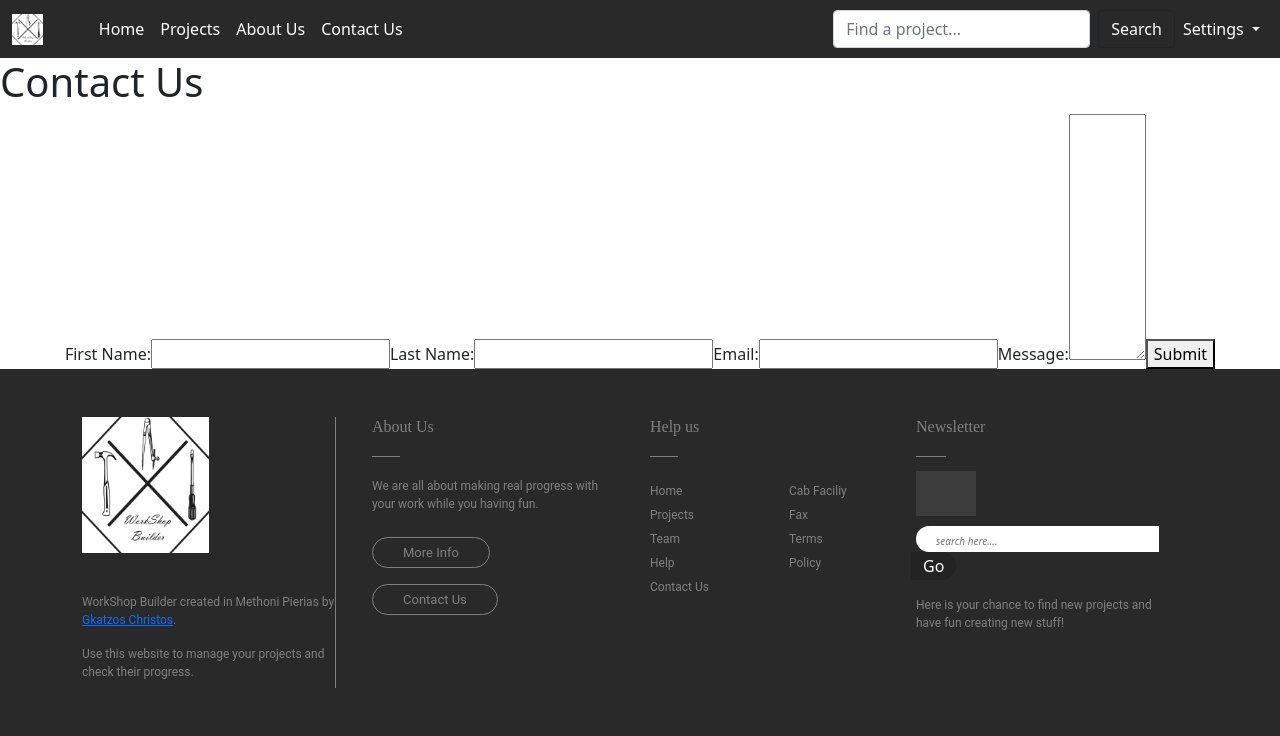
Repository: GkatzosChristos/workshop-builder-ui
Page: /contactUs (app in workshop-builder-ui/)
An editor plug-in stored every save of this project. The page is shown before and after the next save, followed by the edit.
The browser window is 1280 px wide. The pictures show the whole page.
The project was rebuilt for these pictures with package versions that can differ from the ones it lists, and the page was loaded fresh each time. Also part of the build but not shown: workshop-builder-ui/angular.json, workshop-builder-ui/src/app/about-us/about-us.component.ts, workshop-builder-ui/src/app/home/home.component.ts, workshop-builder-ui/src/app/project/project.component.ts.

Above is the page before, as saved 2021-08-27 18:21:24.

### workshop-builder-ui/src/index.html
<!doctype html>
<html lang="en">
<head>
  <meta charset="utf-8">
  <title>WorkshopBuilderUI</title>
  <base href="/">
  <meta name="viewport" content="width=device-width, initial-scale=1">
  <link rel="icon" type="image/x-icon" href="favicon.ico">
</head>

<body>
  <app-root></app-root>
</body>

</html>

### workshop-builder-ui/src/app/app.module.ts
import { NgModule } from '@angular/core';
import { BrowserModule } from '@angular/platform-browser';
import { FormsModule, ReactiveFormsModule } from '@angular/forms';
import { AppRoutingModule } from './app-routing.module';
import { AppComponent } from './app.component';
import { HeaderComponent } from './header/header.component';
import { FooterComponent } from './footer/footer.component';
import { ContactUsComponent } from './contact-us/contact-us.component';
import { AboutUsComponent } from './about-us/about-us.component';
import { ProjectsComponent } from './project/project.component';
import { HomeComponent } from './home/home.component';

@NgModule({
  declarations: [
    AppComponent,
    HeaderComponent,
    FooterComponent,
    ContactUsComponent,
    AboutUsComponent,
    ProjectsComponent,
    HomeComponent
  ],
  imports: [
    BrowserModule,
    AppRoutingModule,
    FormsModule,
    ReactiveFormsModule
  ],
  providers: [],
  bootstrap: [AppComponent]
})
export class AppModule { }

### workshop-builder-ui/src/app/app-routing.module.ts
import { NgModule } from '@angular/core';
import { RouterModule, Routes } from '@angular/router';
import { AboutUsComponent } from './about-us/about-us.component';
import { ContactUsComponent } from './contact-us/contact-us.component';
import { HomeComponent } from './home/home.component';
import { ProjectsComponent } from './project/project.component';

const routes: Routes = [
  {
    path: '',
    component: HomeComponent
  },
  {
    path: 'contactUs',
    component: ContactUsComponent
  },
  {
    path: 'aboutUs',
    component: AboutUsComponent
  },
  {
    path: 'project',
    component: ProjectsComponent
  },
];

@NgModule({
  imports: [RouterModule.forRoot(routes)],
  exports: [RouterModule]
})
export class AppRoutingModule { }

### workshop-builder-ui/src/app/app.component.ts
import { Component } from '@angular/core';

@Component({
  selector: 'app-root',
  templateUrl: './app.component.html',
  styleUrls: ['./app.component.scss']
})
export class AppComponent {
  title = 'workshop-builder-ui';
}

### workshop-builder-ui/src/app/contact-us/contact-us.component.ts
import { Component, OnInit } from '@angular/core';
import { FormGroup, FormControl, Validator, Validators } from '@angular/forms';

@Component({
  selector: 'app-contact-us',
  templateUrl: 'contact-us.html',
  styleUrls: ['./contact-us.scss']
})
export class ContactUsComponent implements OnInit {

  contactUsForm = new FormGroup({
    firstName: new FormControl('',[
      Validators.required,
      Validators.pattern("^[a-z0-9._%+-]")
    ]),
    lastName: new FormControl('',[
      Validators.required,
      Validators.pattern("^[a-z0-9._%+-]")
    ]),
    email: new FormControl('',[
      Validators.required,
      Validators.pattern("^[a-z0-9._%+-]+@[a-z0-9.-]+\\.[a-z]{2,4}$")
    ]),
    message: new FormControl('')
    });

  constructor() { }

  ngOnInit(): void {
  }

  submitForm(){
  }

  onReset(){
    location.reload();
  }

}

### workshop-builder-ui/src/app/header/header.component.html
<head>
    <title>header</title>
    <meta charset="utf-8">
</head>
<header>
    <nav class="navbar navbar-expand-lg">
        <div class="container-fluid">
            <a class="navbar-brand" routerLink="/">
                <img src="/assets/images/workshop_logo.jpg" alt="WorkShop Builder">
            </a>
            <div id="navbarNavDropdown" class="collapse navbar-collapse">
                <ul class="navbar-nav me-auto my-2 my-lg-0 navbar-nav-scroll" style="--bs-scroll-height: 100px;">
                    <li class="nav-item">
                        <a class="nav-link text-white" routerLink="/">Home</a>
                    </li>
                    <li class="nav-item">
                        <a class="nav-link text-white" routerLink="/project">Projects</a>
                    </li>
                    <li class="nav-item">
                        <a class="nav-link text-white" routerLink="/aboutUs">About Us</a>
                    </li>
                    <li class="nav-item">
                        <a class="nav-link text-white" routerLink="/contactUs">Contact Us</a>
                    </li>
                </ul>
                <form class="d-flex">
                    <input class="form-control me-2" type="text" placeholder="Find a project...">
                    <a class="btn btn-outline-dark text-white">Search</a>
                </form>
                <ul class="navbar-nav" style="--bs-scroll-height: 100px;">
                    <li class="nav-item dropdown">
                        <a class="nav-link dropdown-toggle text-white" href="#" id="navbarScrollingDropdown"
                            role="button" data-bs-toggle="dropdown" aria-expanded="false">
                            Settings
                        </a>
                        <ul class="dropdown-menu" aria-labelledby="navbarScrollingDropdown">
                            <li><a class="dropdown-item text-white" href="#">Sign in</a></li>
                            <li><a class="dropdown-item text-white" href="#">Sign up</a></li>
                            <li>
                                <hr class="dropdown-divider">
                            </li>
                            <li><a class="dropdown-item text-white" href="#">Report an issue</a></li>
                        </ul>
                    </li>
                </ul>
            </div>
        </div>
    </nav>
</header>

### workshop-builder-ui/src/app/header/header.component.scss
.navbar-brand {
    height: 5%;
    width: 5%;
}

img {
    height: 50%;
    width: 50%;
}

nav {
    background: #292929;
}

### workshop-builder-ui/src/app/footer/footer.component.html
<head>
    <title>Footer</title>
    <meta charset="utf-8">
</head>
<footer class="container-fluid bg-grey py-5">
    <div class="container">
        <div class="row me-3">
            <div class="col-md-6">
                <div class="row">
                    <div class="col-md-6 ">
                        <div class="logo-part">
                            <img src="/assets/images/workshop_logo.jpg" class="logo-footer">
                            <p>WorkShop Builder created in Methoni Pierias by <a
                                    href="https://www.linkedin.com/in/christos-gkatzos/">Gkatzos Christos</a>.</p>
                            <p>Use this website to manage your projects and check their progress.</p>
                        </div>
                    </div>
                    <div class="col-md-6 px-4">
                        <h6> About Us</h6>
                        <p>We are all about making real progress with your work while you having fun.</p>
                        <a routerLink="#" class="btn-footer"> More Info </a><br>
                        <a routerLink="#" class="btn-footer"> Contact Us</a>
                    </div>
                </div>
            </div>
            <div class="col-md-6">
                <div class="row">
                    <div class="col-md-6 px-4">
                        <h6> Help us</h6>
                        <div class="row ">
                            <div class="col-md-6">
                                <ul>
                                    <li> <a routerLink="/"> Home</a> </li>
                                    <li> <a routerLink="/project"> Projects</a> </li>
                                    <li> <a routerLink="#"> Team</a> </li>
                                    <li> <a routerLink="#"> Help</a> </li>
                                    <li> <a routerLink="/ContactUs"> Contact Us</a> </li>
                                </ul>
                            </div>
                            <div class="col-md-6 px-4">
                                <ul>
                                    <li> <a href="#"> Cab Faciliy</a> </li>
                                    <li> <a href="#"> Fax</a> </li>
                                    <li> <a href="#"> Terms</a> </li>
                                    <li> <a href="#"> Policy</a> </li>
                                </ul>
                            </div>
                        </div>
                    </div>
                    <div class="col-md-6 ">
                        <h6> Newsletter</h6>
                        <div class="social">
                            <a href="#"><i class="fa fa-facebook mr-1" aria-hidden="true"></i></a>
                            <a href="#"><i class="fa fa-instagram" aria-hidden="true"></i></a>
                        </div>
                        <form class="form-footer my-3">
                            <input type="text" placeholder="search here...." name="search">
                            <input type="button" value="Go">
                        </form>
                        <p>Here is your chance to find new projects and have fun creating new stuff!</p>
                    </div>
                </div>
            </div>
        </div>
    </div>
</footer>

### workshop-builder-ui/src/app/footer/footer.component.scss
body {
    font-family: 'Signika', sans-serif;
 }
 .bg-grey {
    background: #292929;
 }
 .logo-footer {
    height: 50%;
    width: 50%;
    margin-bottom: 40px;
 }
 footer {
    color: grey;
 }
 footer p, a {
    font-size: 12px;
    font-family: 'Roboto', sans-serif;
}
footer h6 {
    font-family: 'Playfair Display', serif;
    margin-bottom: 40px;
    position: relative;
}
footer h6:after {
    position: absolute;
    content: "";
    background: grey;
    width: 12%;
    height: 1px;
    left: 0;
    bottom: -20px;
}
.btn-footer {
    color: grey;
    text-decoration: none;
    border: 1px solid;
    border-radius: 43px;
    font-size: 13px;
    padding: 7px 30px;
    line-height: 47px;
 }

 .btn-footer:hover {
    text-decoration: none;
 }

.form-footer input[type="text"] {
    border: none;
    border-radius: 16px 0 0 16px;
    outline: none;
    padding-left: 10px;
}

::placeholder {
    font-size: 10px;
    padding-left: 10px;
    font-style: italic;
}

.form-footer input[type="button"] {
    border: none;
    background:#232323;
    margin-left: -5px;
    color: #fff;
    outline: none;
    border-radius: 0 16px 16px 0;
    padding: 2px 12px;
}

.social .fa {
    color: grey;
    font-size: 22px;
    padding: 10px 15px;
    background: #3c3c3c;
}

footer ul li {
    list-style: none;
    display: block;
}

footer ul  {
    padding-left: 0;
}
footer ul  li a{
    text-decoration: none;
    color: grey;
    text-decoration:none;
}

a:hover {
    text-decoration: none;
    color: #f5f5f5 !important;
}

.logo-part {
    border-right: 1px solid grey;
    height: 100%;
}

img {
    height: 20%;
    width: 20%;
}

### workshop-builder-ui/src/app/contact-us/contact-us.html
<h1 class="title has-text-centered">Contact Us</h1>
<body>
  <section>
    <form [formGroup]="contactUsForm" (ngSubmit)="submitForm()">
      <label for="first-name">First Name: </label>
      <input id="first-name" type="text" formControlName="firstName">
      <label for="last-name">Last Name: </label>
      <input id="last-name" type="text" formControlName="lastName">
      <label for="email">Email: </label>
      <input id="email" type="email" formControlName="email">
      <label for="message">Message: </label>
      <textarea  id="message" rows="10" cols="6" formControlName="message"></textarea>
      <button type="btn btn-outline-dark text-white">Submit</button>
    </form>
  </section>
</body>

### workshop-builder-ui/src/app/contact-us/contact-us.scss
body {
    text-align: center;
}
form {
    display: inline-block;
}

Loaded but not shown: workshop-builder-ui/src/styles.scss (common file); workshop-builder-ui/src/main.ts (common file); workshop-builder-ui/src/environments/environment.ts (common file); workshop-builder-ui/src/app/header/header.component.ts (common file); workshop-builder-ui/src/app/footer/footer.component.ts (common file); workshop-builder-ui/src/app/app.component.html (common file); workshop-builder-ui/src/app/app.component.scss (no stored copy; drawn as an empty file); workshop-builder-ui/src/app/project/project.scss (no stored copy; drawn as an empty file)

After the next save:
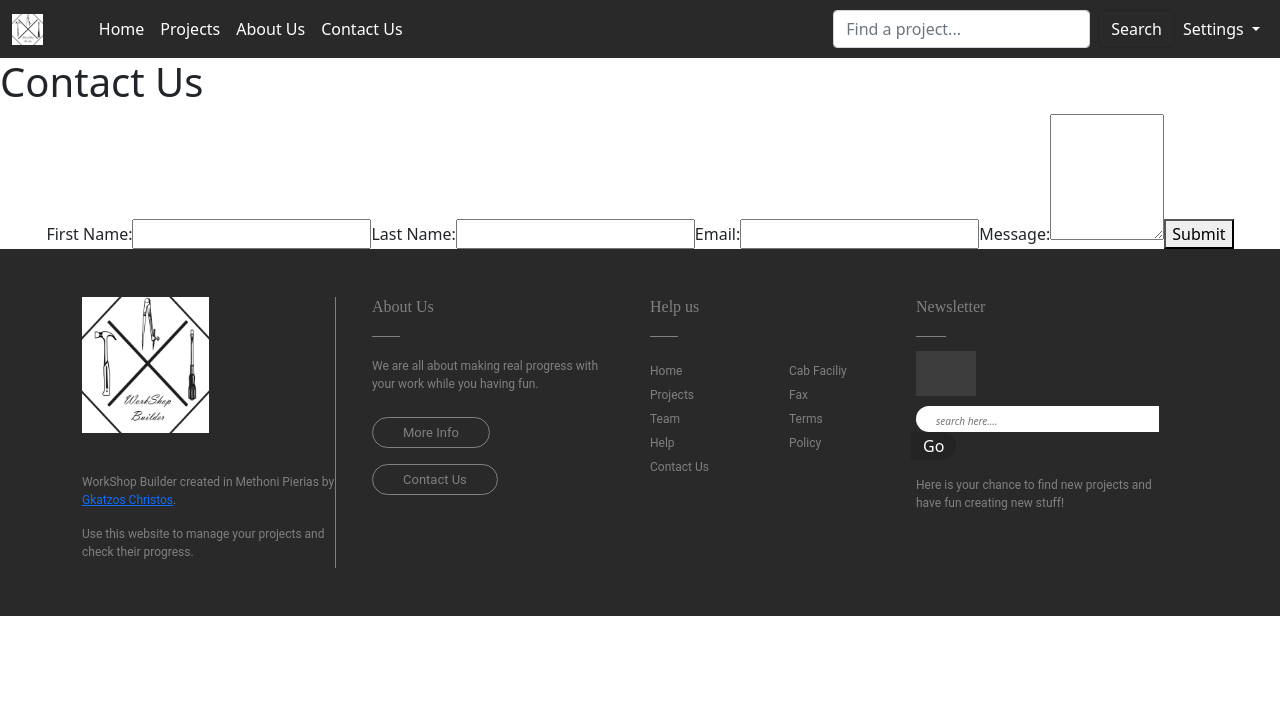
Saved 19 s later.
--- a/workshop-builder-ui/src/app/contact-us/contact-us.html
+++ b/workshop-builder-ui/src/app/contact-us/contact-us.html
@@ -9,7 +9,7 @@
       <label for="email">Email: </label>
       <input id="email" type="email" formControlName="email">
       <label for="message">Message: </label>
-      <textarea  id="message" rows="10" cols="6" formControlName="message"></textarea>
+      <textarea  id="message" rows="5" cols="10" formControlName="message"></textarea>
       <button type="btn btn-outline-dark text-white">Submit</button>
     </form>
   </section>
